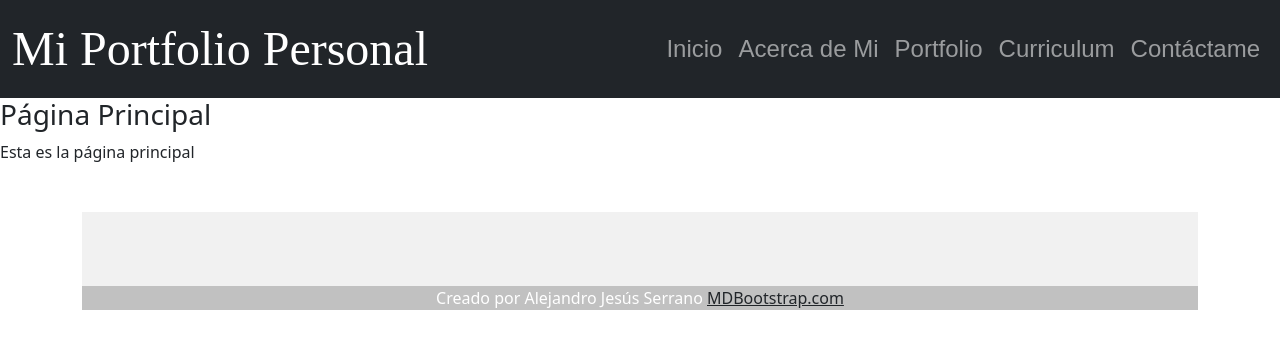
Repository: AlejandroJesusSerrano/portfolio
Page: http://localhost/
The author's editor kept a copy of each file at every save. The page is drawn from the files as they stood at one save, then again after the next save.
The browser window is 1280 px wide. The pictures show the whole page.
Some web fonts or font styles are not loaded; a fallback is used. The page is served by the project's application, run on Django 4.2 (manage.py). Other server files are loaded and not shown.

Above is the page before, as saved 2023-09-05 15:23:08.

### portfolio/core/templates/core/home.html
{% extends 'core/base.html' %}

{% block title %} Inicio {% endblock title %}

{% block content %}
<h3>Página Principal</h3>

<p>Esta es la página principal</p>
{% endblock content %}

### portfolio/core/templates/core/base.html
{% load static %}

<!DOCTYPE html>
<html lang="en">

<head>
  <meta charset="UTF-8">
  <meta name="viewport" content="width=device-width, initial-scale=1.0">
  <link rel="stylesheet" href={% static 'lib/bootstrap-5.2/css/bootstrap.min.css' %}>
  <link rel="stylesheet" href={% static 'css/styles.css' %}>
  <title>Portafolio Personal - {% block title %} {% endblock title %}</title>
</head>

<body>
  <!-- HEADER -->
  <nav class="navbar navbar-expand-lg navbar-dark bg-dark">
    <div class="container-fluid">
      <a class="navbar-brand brand" href={% url 'home' %}>Mi Portfolio Personal</a>
      <button class="navbar-toggler" type="button" data-bs-toggle="collapse" data-bs-target="#navbarNav"
        aria-controls="navbarNav" aria-expanded="false" aria-label="Toggle navigation">
        <span class="navbar-toggler-icon"></span>
      </button>
      <div class="collapse navbar-collapse" id="navbarNav">
        <ul class="navbar-nav nav_menu ms-auto">
          <li class="nav-item">
            <a class="nav-link" aria-current="page" href={% url 'home' %}>Inicio</a>
          </li>
          <li class="nav-item">
            <a class="nav-link" href={% url 'about' %}>Acerca de Mi</a>
          </li>
          <li class="nav-item">
            <a class="nav-link" href={% url 'portfolio' %}>Portfolio</a>
          </li>
          <li class="nav-item">
            <a class="nav-link" href={% url 'curriculum' %}>Curriculum</a>
          </li>
          <li class="nav-item">
            <a class="nav-link" href={% url 'contact' %}>Contáctame</a>
          </li>
        </ul>
      </div>
    </div>
  </nav>

  <!-- CONTENT - Template Tags -->

  {% block content %} {%endblock content%}

  <div class="container my-5">

    <footer class="text-center text-white" style="background-color: #f1f1f1;">
      <!-- Grid container -->
      <div class="container pt-4">
        <!-- Section: Social media -->
        <section class="mb-4">
          <!-- Facebook -->
          <a class="btn btn-link btn-floating btn-lg text-dark m-1" href="#!" role="button"
            data-mdb-ripple-color="dark"><i class="fab fa-facebook-f"></i></a>

          <!-- Twitter -->
          <a class="btn btn-link btn-floating btn-lg text-dark m-1" href="#!" role="button"
            data-mdb-ripple-color="dark"><i class="fab fa-twitter"></i></a>

          <!-- Google -->
          <a class="btn btn-link btn-floating btn-lg text-dark m-1" href="#!" role="button"
            data-mdb-ripple-color="dark"><i class="fab fa-google"></i></a>

          <!-- Instagram -->
          <a class="btn btn-link btn-floating btn-lg text-dark m-1" href="#!" role="button"
            data-mdb-ripple-color="dark"><i class="fab fa-instagram"></i></a>

          <!-- Linkedin -->
          <a class="btn btn-link btn-floating btn-lg text-dark m-1" href="#!" role="button"
            data-mdb-ripple-color="dark"><i class="fab fa-linkedin"></i></a>
          <!-- Github -->
          <a class="btn btn-link btn-floating btn-lg text-dark m-1" href="#!" role="button"
            data-mdb-ripple-color="dark"><i class="fab fa-github"></i></a>
        </section>
        <!-- Section: Social media -->
      </div>
      <!-- Grid container -->

      <div class="footer_down" style="background-color: rgba(0, 0, 0, 0.2);">
        Creado por Alejandro Jesús Serrano
        <a class="text-dark" href="https://mdbootstrap.com/">MDBootstrap.com</a>
      </div>

    </footer>

  </div>
  <!-- End of .container -->

  <script src={% static 'lib/bootstrap-5.2/js/bootstrap.min.js' %}></script>
</body>

</html>

### portfolio/core/views.py
from django.shortcuts import render

# Create your views here.
def home(request):
  return render(request, 'core/home.html')

def about(request):
  return render(request, 'core/about.html')

def portfolio(request):
  return render(request, 'core/portfolio.html')

def curriculum(request):
  return render(request, 'core/curriculum.html')

def contact(request):
  return render(request, 'core/contact.html')

### portfolio/portfolio/urls.py
"""
URL configuration for portfolio project.

The `urlpatterns` list routes URLs to views. For more information please see:
    https://docs.djangoproject.com/en/4.2/topics/http/urls/
Examples:
Function views
    1. Add an import:  from my_app import views
    2. Add a URL to urlpatterns:  path('', views.home, name='home')
Class-based views
    1. Add an import:  from other_app.views import Home
    2. Add a URL to urlpatterns:  path('', Home.as_view(), name='home')
Including another URLconf
    1. Import the include() function: from django.urls import include, path
    2. Add a URL to urlpatterns:  path('blog/', include('blog.urls'))
"""
from django.contrib import admin
from django.urls import path
from core import views

urlpatterns = [
    path('', views.home, name='home'),
    path('about-me/', views.about, name='about'),
    path('contact/', views.contact, name='contact'),
    path('portfolio/', views.portfolio, name='portfolio'),
    path('curriculum/', views.curriculum, name='curriculum'),
    path('admin/', admin.site.urls),
]

### portfolio/static/css/styles.css
@import url("https://fonts.googleapis.com/css2?family=Arima:wght@500;700&family=Average+Sans&family=Mulish:ital,wght@0,400;0,500;0,700;1,400;1,500;1,700&display=swap");

* {
  margin: 0;
  padding: 0;
  box-sizing: border-box;
}

.brand {
  font-family: "Arima", cursive;
  font-size: 3rem;
}

.nav_menu {
  font-family: "Average Sans", sans-serif;
  font-size: 1.5rem;
}

Loaded but not shown: portfolio/static/lib/bootstrap-5.2/css/bootstrap.min.css (library); portfolio/static/lib/bootstrap-5.2/js/bootstrap.min.js (library)

After the next save:
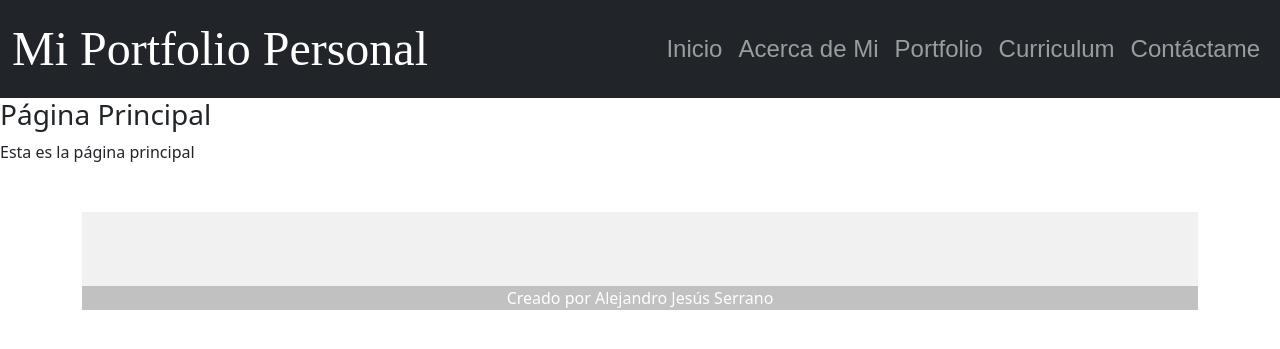
Saved 40 s later.
--- a/portfolio/core/templates/core/base.html
+++ b/portfolio/core/templates/core/base.html
@@ -82,7 +82,6 @@
 
       <div class="footer_down" style="background-color: rgba(0, 0, 0, 0.2);">
         Creado por Alejandro Jesús Serrano
-        <a class="text-dark" href="https://mdbootstrap.com/">MDBootstrap.com</a>
       </div>
 
     </footer>
